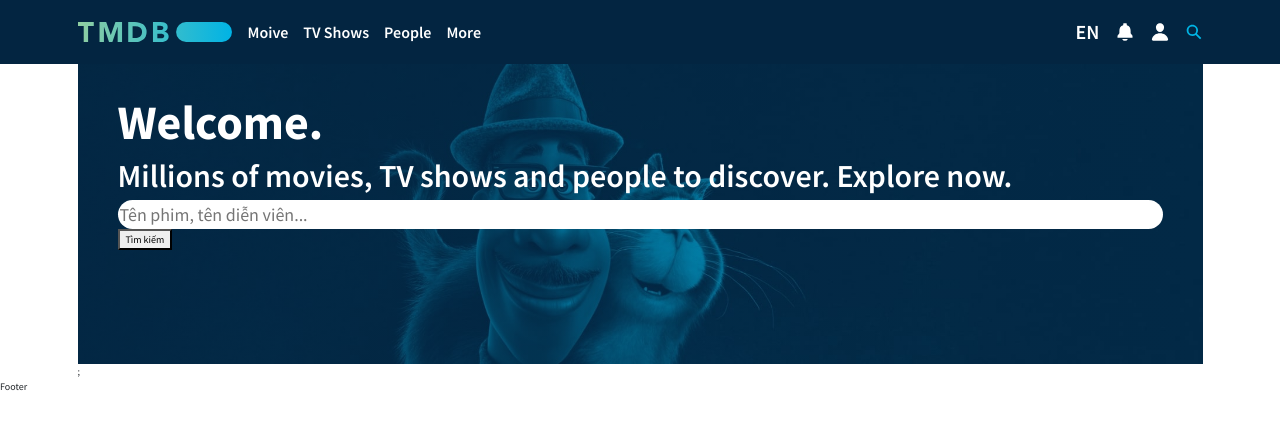
Repository: nguyennam1029/TMDB-App
Page: /
These files come from the project's save history. The page is drawn as it stood at one moment and after the next save; the edit follows.
The browser window is 1280 px wide. The pictures show the whole page.
The project was rebuilt for these pictures with package versions that can differ from the ones it lists, and the page was loaded fresh each time. Also part of the build but not shown: src/components/ui/HeroCart/heroCart.css, src/components/ui/HeroCart/HeroCart.jsx, src/page/Search.jsx. Imported but missing from the stored project, and not drawn on this page: src/components/ui/ListHero/ListHero, src/page/HeroDetail.

Above is the page before, as saved 2022-09-26 20:20:05.

After the next save:
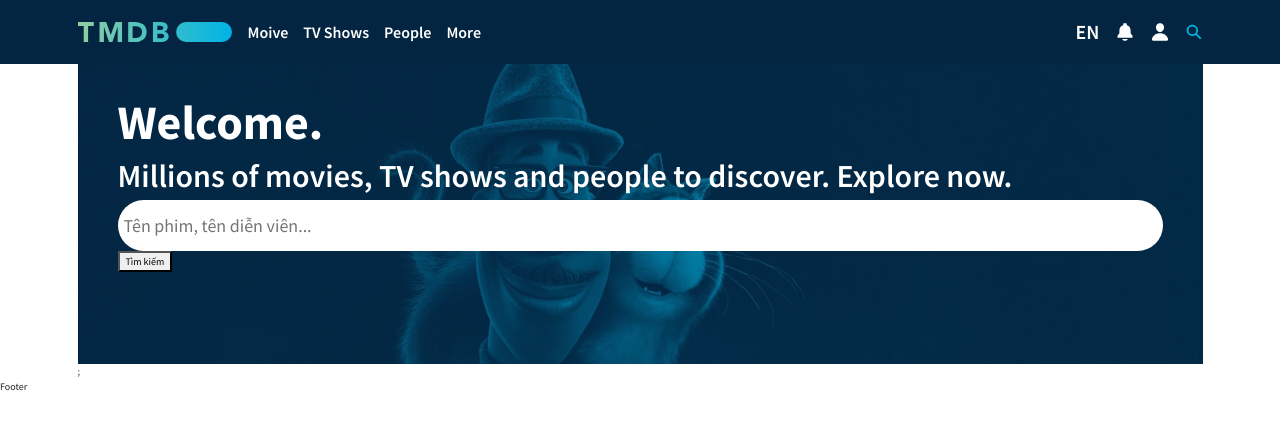
Saved 17 s later.
--- a/src/components/Banner/banner.css
+++ b/src/components/Banner/banner.css
@@ -33,6 +33,7 @@
 
 .banner-search input {
     width                : 100%;
+    padding              : 12px 6px;
     border               : none;
     font-size            : 1.8rem;
     border-radius        : 6rem;
